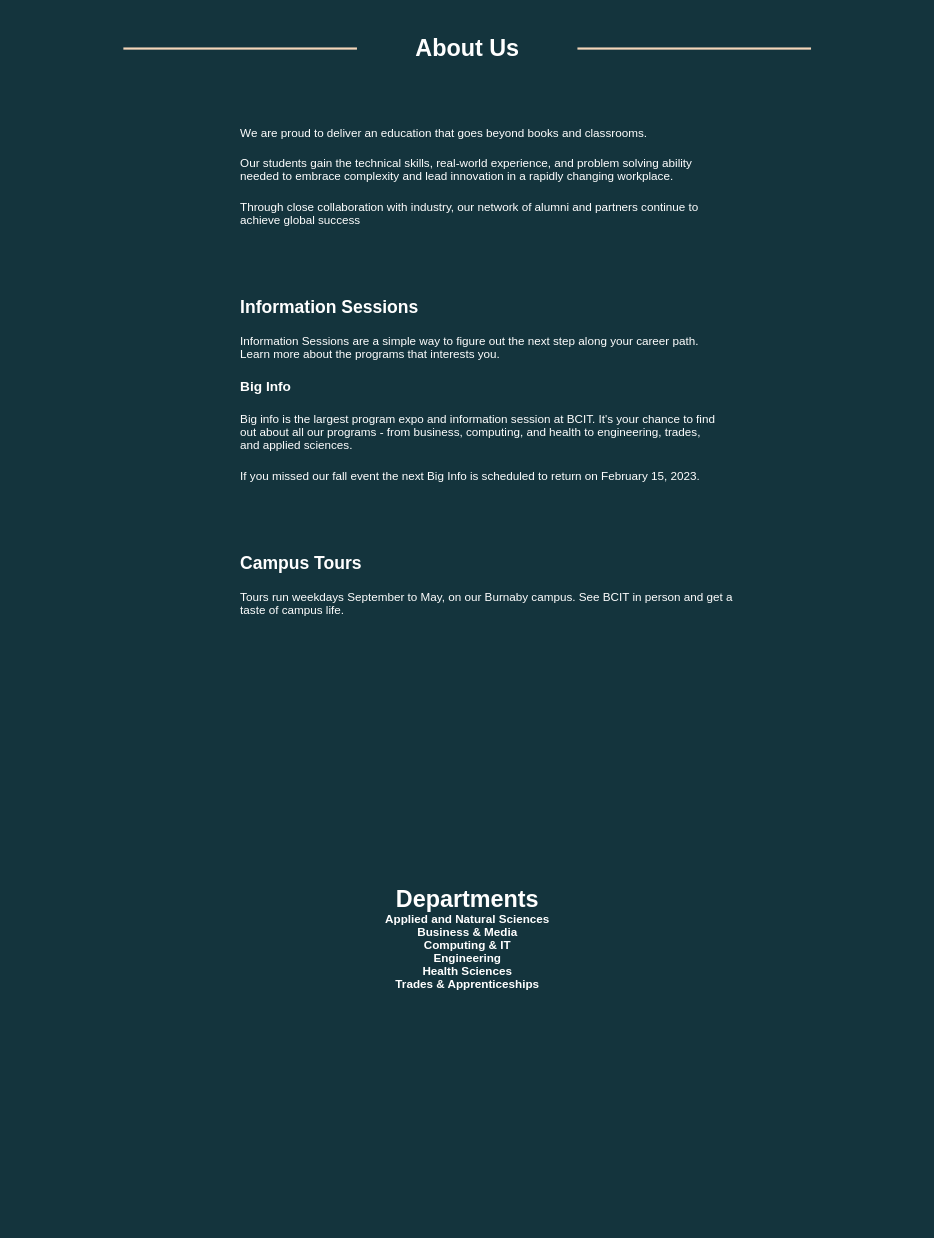
Repository: jennydmcm/assignment-1-playwright-site-A01338943
Page: /about
These files come from the project's save history. The page is drawn as it stood at one moment and after the next save; the edit follows.
The browser window is 1280 px wide. The pictures show the whole page, at 73% of full size.
The project was rebuilt for these pictures with package versions that can differ from the ones it lists, and the page was loaded fresh each time. The framework's server and built-in components were replaced by stand-ins that run in the browser. Also part of the build but not shown: next.config.js.

Above is the page before, as saved 2023-02-08 14:03:20.

### pages/_app.js
import '../styles/globals.css'
import '../styles/variables.css'

function MyApp({ Component, pageProps }) {
  return <Component {...pageProps} />
}

export default MyApp

### pages/about.js
import Head from "next/head";
import Image from "next/image";
import { Inter } from "@next/font/google";
import styles from "@/styles/About.module.css";
const inter = Inter({ subsets: ["latin"] });

export default function Home() {
  return (
    <>
      <Head>
        <title>About Us</title>
        <meta name="description" content="Generated by create next app" />
        <meta name="viewport" content="width=device-width, initial-scale=1" />
        <meta name="author" content="MDIA 2109" />
        <meta property="og:title" content="Assignment #1 - About Us Page" />
        <meta
          property="og:description"
          content="BCIT Digital Design and Development Diploma"
        />
        <link rel="icon" href="/favicon.png" />
      </Head>
      <main className={styles.main}>
        <header>
          <div className={styles.about}>
            <div className={styles.header}>
              <hr className={styles.lines}></hr>
              <h1 className={styles.aboutTitle}>About Us</h1>
              <hr className={styles.lines}></hr>
            </div>
            <div className={styles.aboutText}>
              <p className={styles.mainText}>
                We are proud to deliver an education that goes beyond books and
                classrooms.
              </p>
              <p className={styles.mainText}>
                Our students gain the technical skills, real-world experience,
                and problem solving ability <br></br>
                needed to embrace complexity and lead innovation in a rapidly
                changing workplace.
              </p>
              <p className={styles.mainText}>
                Through close collaboration with industry, our network of alumni
                and partners continue to <br></br>
                achieve global success
              </p>
            </div>
          </div>
          <div className={styles.infosesh}>
            <h2>Information Sessions</h2>
            <p className={styles.mainText}>
              Information Sessions are a simple way to figure out the next step
              along your career path. <br></br>
              Learn more about the programs that interests you.
            </p>
            <h3 className={styles.bigInfo}>Big Info</h3>
            <p className={styles.mainText}>
              Big info is the largest program expo and information session at
              BCIT. It's your chance to find<br></br>
              out about all our programs - from business, computing, and health
              to engineering, trades,<br></br>
              and applied sciences.
            </p>
            <p className={styles.mainText}>
              If you missed our fall event the next Big Info is scheduled to
              return on February 15, 2023.
            </p>
          </div>

          <div className={styles.tours}>
            <h2>Campus Tours</h2>
            <p className={styles.mainText}>
              Tours run weekdays September to May, on our Burnaby campus. See
              BCIT in person and get a<br></br>
              taste of campus life.
            </p>
          </div>
          <div className={styles.dept}>
            <h1>Departments</h1>
            <h4 className={styles.deptNames}>Applied and Natural Sciences</h4>
            <h4 className={styles.deptNames}>Business & Media</h4>
            <h4 className={styles.deptNames}>Computing & IT</h4>
            <h4 className={styles.deptNames}>Engineering</h4>
            <h4 className={styles.deptNames}>Health Sciences</h4>
            <h4 className={styles.deptNames}>Trades & Apprenticeships</h4>
          </div>
        </header>
        <a>
          <span>
            <img href="/upwardArrow.png"></img>
            <img href="downwardArrow.png"></img>
          </span>
        </a>
      </main>
    </>
  );
}

### styles/variables.css
:root{
    --primary-color: #fff;
    --secondary-color: #f4d6b9;
    --ternary-color: #14343d;
    --quaternary-color: #14343d;
    --quinary-color: rgba(16,46,53,0.5);

}

### styles/About.module.css
.main{
    background-color: var(--ternary-color);
    color: var(--primary-color);
    font-family: Arial, Helvetica, sans-serif;
    display: flex;
    flex-direction: column;
    justify-content: center;
    align-items: center;
}
.about{
    display: flex;
    flex-direction: column;
    padding: 3rem;
    padding-bottom: 3rem;
    align-content: center;


}


.infosesh{
    display: flex;
    flex-direction: column;
    padding: 3rem;
    padding-bottom: 3rem;
    padding-left: 13rem;

}

.bigInfo{
    padding-top: 1.5rem;

}

.tours{
    display: flex;
    flex-direction: column;
    padding: 3rem;
    padding-bottom: 3rem;
    padding-left: 13rem;

}
.aboutText{
    padding-left: 10rem;
}

.dept{
    display: flex;
    flex-direction: column;
    padding-top: 20rem;
    padding-bottom: 20rem;
    align-items: center;


}

.aboutTitle{
    display: flex;
    flex-direction: column;
    align-items: center;
    padding-left: 5rem;
    padding-right: 5rem;
}

.mainText{
    padding-top: 1.5rem;
}

.lines{
    border-top: none;
    border-bottom: 0.2rem solid var(--secondary-color);
    border-left: none;
    border-right: none;
    width: 20rem;
}
.header{
    display: flex;
    flex-direction: row;
    align-items: center;
    padding-bottom: 4rem;
}

Loaded but not shown: pages/_document.js (common file); pages/api/hello.js (common file); styles/globals.css (common file)

After the next save:
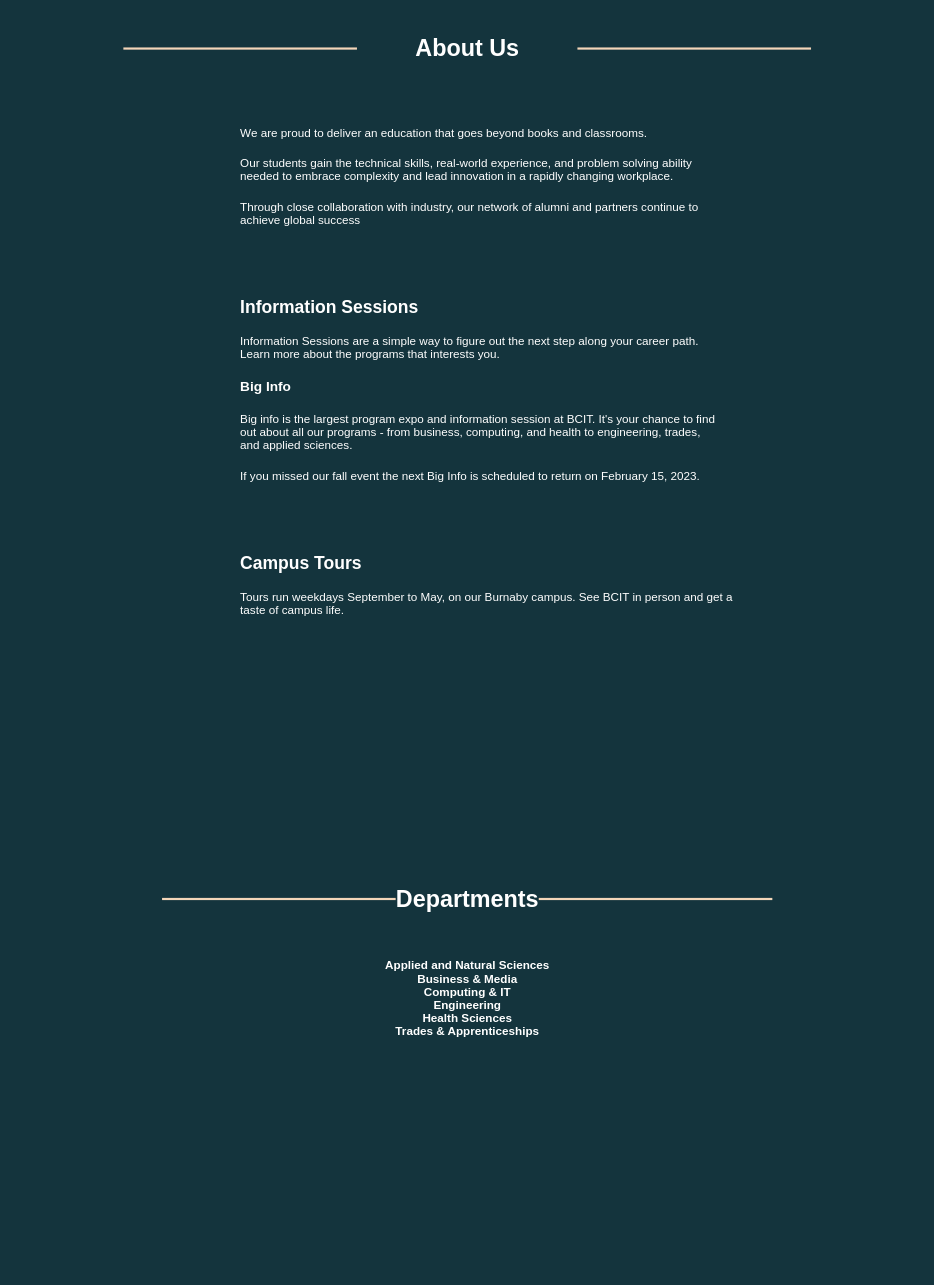
Saved 41 s later.
--- a/pages/about.js
+++ b/pages/about.js
@@ -75,7 +75,11 @@ export default function Home() {
             </p>
           </div>
           <div className={styles.dept}>
-            <h1>Departments</h1>
+            <div className={styles.header}>
+              <hr className={styles.lines}></hr>
+              <h1>Departments</h1>
+              <hr className={styles.lines}></hr>
+            </div>
             <h4 className={styles.deptNames}>Applied and Natural Sciences</h4>
             <h4 className={styles.deptNames}>Business & Media</h4>
             <h4 className={styles.deptNames}>Computing & IT</h4>
